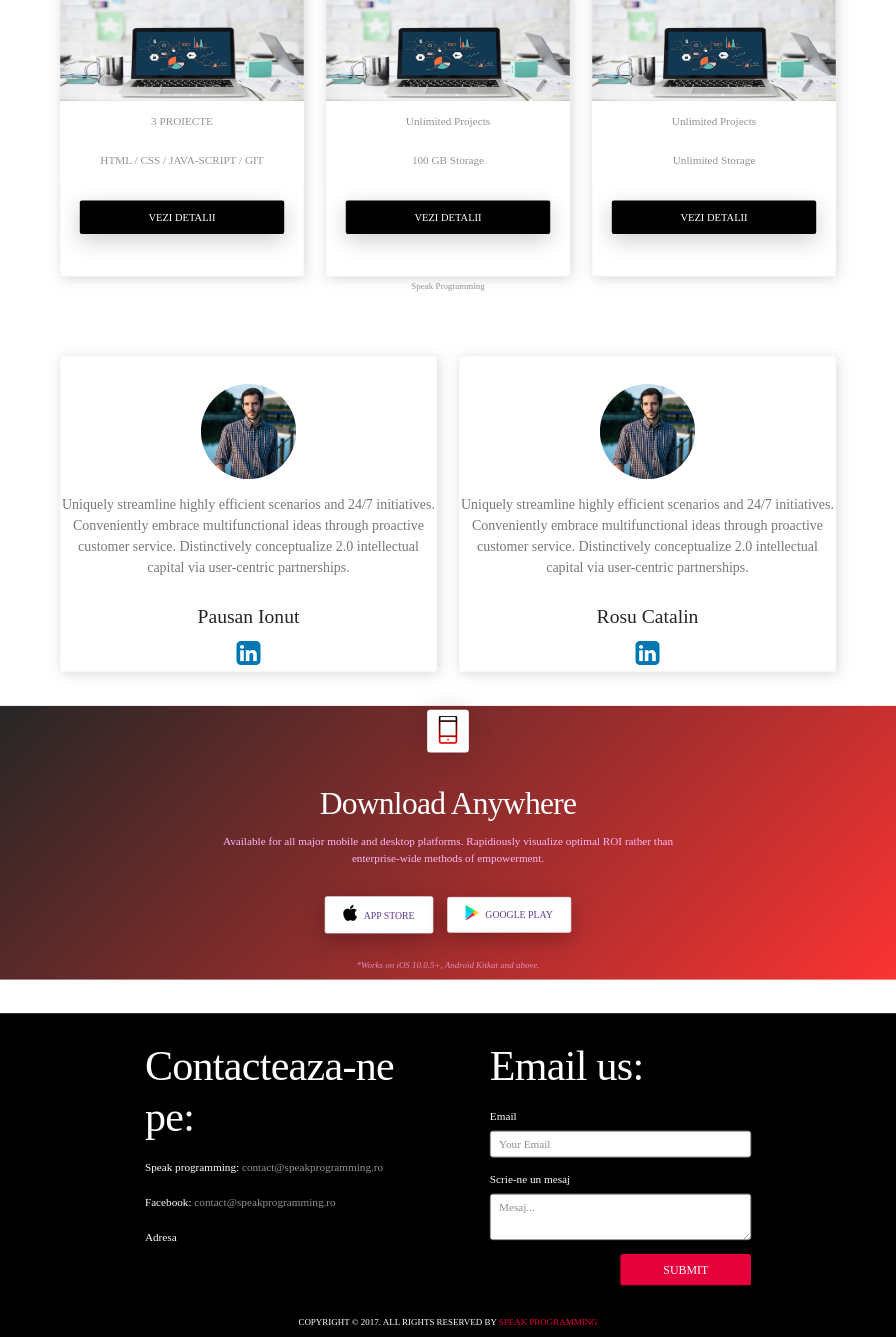
Repository: RosuCatalinDorin/ITSchool
Page: home-page/index.html
The author's editor kept a copy of each file at every save. The page is drawn from the files as they stood at one save, then again after a run of saves.
The browser window is 1280 px wide. The pictures show the part of the page from y = 959 to 2879 px (the page is 2869 px tall before and 2879 px after), at 70% of full size.
Some web libraries are served in a nearby version.

Above is the page before, as saved 2019-03-13 18:44:13.

### home-page/index.html
<!doctype html>
<html lang="en">


<head>
    <title>Speak Programming</title>
    <!-- Required meta tags -->
    <meta charset="utf-8">
    <meta name="viewport" content="width=device-width, initial-scale=1, shrink-to-fit=no">
    <meta name="description" content="Mobland - Mobile App Landing Page Template">
    <meta name="keywords" content="HTML5, bootstrap, mobile, app, landing, ios, android, responsive">
    <!-- Font -->

    <link rel="dns-prefetch" href="//fonts.googleapis.com">
     <!-- Bootstrap CSS -->
    <link rel="stylesheet" href="../css/bootstrap.min.css">
    <!-- Themify Icons -->
    <link rel="stylesheet" href="../css/themify-icons.css">
    <!-- Owl carousel -->
    <link rel="stylesheet" href="../css/owl.carousel.min.css">
    <link rel="stylesheet" href="../css/teamStyle.css">
    <link rel="stylesheet" href="../detaliiCurs/css/detalii-curs.css">
    <link rel="stylesheet" href="./home.css">



    <link rel="stylesheet" href="https://maxcdn.bootstrapcdn.com/font-awesome/4.5.0/css/font-awesome.min.css">

    <!-- Main css -->
    <link href="../css/style.css" rel="stylesheet">
    <link rel="shortcut icon" href="../images/partea_de_susLogo.png"/>
    <!-- jQuery and Bootstrap -->
    <script src="../js/jquery-3.2.1.min.js"></script>
    <script src="../js/bootstrap.bundle.min.js"></script>
    <!-- Plugins JS -->
    <script src="../js/owl.carousel.min.js"></script>
    <!-- Custom JS -->
    <script src="../js/script.js"></script>
    <script src="../js/fbLogin.js"></script>

</head>

<body data-spy="scroll" data-target="#navbar" data-offset="30">

    <!-- NAV BAR START-->
    <div class="nav-menu fixed-top">
        <div class="container">
            <div class="row">
                <div class="col-md-12">
                    <nav class="navbar navbar-dark navbar-expand-lg">
                        <a class="navbar-brand" href="index.html"><img src="../images/partea_de_susLogo.png" height="43" width="43" class="img-fluid" alt="logo"></a> <button class="navbar-toggler" type="button" data-toggle="collapse" data-target="#navbar" aria-controls="navbar" aria-expanded="false" aria-label="Toggle navigation"> <span class="navbar-toggler-icon"></span> </button>
                        <div class="collapse navbar-collapse" id="navbar">
                            <ul class="navbar-nav ml-auto">
                                <li class="nav-item"> <a class="nav-link active" href="#home">HOME <span class="sr-only">(current)</span></a> </li>
                                <li class="nav-item"> <a class="nav-link" href="#cursuri">CURSURI</a> </li>
                                <li class="nav-item"> <a class="nav-link" href="#aboutUS">DESPRE NOI</a> </li>
                                <li class="nav-item"> <a class="nav-link" href="#contact">CONTACT</a> </li>
                            </ul>
                        </div>
                    </nav>
                </div>
              </div>
         </div>
    </div>
<!-- NAV BAR END -->
    <!-- START HEADER -->
    <header  id="home">
        <div class="container mt-5">
            <h1 class="textClass"> Mesaj 1 (eu zic moto)</h1>
        </div>
        <div class="img-holder mt-3"><img src="../images/logo_partea_deJos.png" alt="phone" class="img-fluid">
            <p class="textClass">Mesaj 2 De ce am creat asta? O intrebare de genu</p>
        </div>
    </header>

    <!-- END HEADER -->

<!-- SECTIUNE CURSURI START -->
    <div class="section" id="cursuri">
        <div class="container">
            <div class="section-title">
                <small>Speak Programming</small>
                <h3>Cursuri</h3>
            </div>
            <div class="card-deck">
                <div class="card pricing">
                    <div class="card-head">
                        <small class="text-primary">FRONTEND INITIERE</small>
                        <span class="price">379 RON<sub>/4m</sub></span>
                    </div>
                    <div class="course-image-container">
                    </div>
                    <ul class="list-group list-group-flush">
                        <div class="list-group-item">3 PROIECTE</div>
                        <div class="list-group-item">HTML / CSS / JAVA-SCRIPT / GIT</div>
                    </ul>
                    <div class="card-body">
                        <a href="screens/curs.html" class="btn btn-primary btn-lg btn-block">Vezi detalii</a>
                    </div>
                </div>
                <div class="card pricing">
                    <div class="card-head">
                        <small class="text-primary">INCEPATORI</small>
                        <span class="price">1500 RON<sub>/4m</sub></span>
                    </div>
                    <div class="course-image-container">
                        </div>
                    <ul class="list-group list-group-flush">
                        <div class="list-group-item">Unlimited Projects</div>
                        <div class="list-group-item">100 GB Storage</div>
                    </ul>
                    <div class="card-body">
                        <a href="screens/curs.html" class="btn btn-primary btn-lg btn-block">Vezi detalii</a>
                    </div>
                </div>
                <div class="card pricing">
                    <div class="card-head">
                        <small class="text-primary">BACKEND INITIERE</small>
                        <span class="price">1500 RON<sub>/4m</sub></span>
                    </div>
                    <div class="course-image-container">
                        </div>
                    <ul class="list-group list-group-flush">
                        <div class="list-group-item">Unlimited Projects</div>
                        <div class="list-group-item">Unlimited Storage</div>
                    </ul>
                    <div class="card-body">
                        <a href="screens/curs.html" class="btn btn-primary btn-lg btn-block">Vezi detalii</a>
                    </div>
                </div>
            </div>
        </div>
    </div>
<!-- SECTIUNE CURSURI END -->


<!-- SECTIUNE TRAINER START-->

<div class="section">
        <div class="container">
                <div class="section-title">
                    <small>Speak Programming</small>
                    <h3>Cursuri</h3>
                </div>
                <div class="card-deck">
                    <div class="card pricing">
                        <div class="card-head">
                            <img src="../images/pozaIonutPausan.jpg" class="rounded-circle" alt="Cinque Terre" width="136" height="136">
                        </div>
                        <blockquote class="blockquote text-center">Uniquely streamline highly efficient scenarios and 24/7 initiatives. Conveniently embrace multifunctional ideas through proactive customer service. Distinctively conceptualize 2.0 intellectual capital via user-centric partnerships.</blockquote>
                        <ul class="list-group list-group-flush">
                            <h5 class="mt-4 mb-2 text-center">Pausan Ionut</h5>
                            <a target="_blank" href="https://www.linkedin.com/in/ionut-adrian-pausan-3a7300137/" class="btn"> <i class="fa fa-linkedin-square" style="font-size:40px; color:#0077B5"></i>  </a>
                        </ul>
                    </div>
                    <div class="card pricing">
                            <div class="card-head">
                                <img src="../images/pozaIonutPausan.jpg" class="rounded-circle" alt="Cinque Terre" width="136" height="136">
                            </div>
                            <blockquote class="blockquote text-center ">Uniquely streamline highly efficient scenarios and 24/7 initiatives. Conveniently embrace multifunctional ideas through proactive customer service. Distinctively conceptualize 2.0 intellectual capital via user-centric partnerships.</blockquote>
                            <ul class="list-group list-group-flush">
                                <h5 class="mt-4 mb-2 text-center">Rosu Catalin</h5>
                                <a target="_blank" href="https://www.linkedin.com/in/ro%C8%99u-c%C4%83t%C4%83lin-dorin-872322112/" class="btn"> <i class="fa fa-linkedin-square" style="font-size:40px; color:#0077B5"></i>  </a>
                            </ul>
                        </div>
                </div>
            </div>
</div>

<!-- SECTIUNE TRAINER END -->

    <div class="section bg-gradient" id ="aboutUS">
        <div class="container">
            <div class="call-to-action">

                <div class="box-icon"><span class="ti-mobile gradient-fill ti-3x"></span></div>
                <h2>Download Anywhere</h2>
                <p class="tagline">Available for all major mobile and desktop platforms. Rapidiously visualize optimal ROI rather than enterprise-wide methods of empowerment. </p>
                <div class="my-4">
                    <a href="#" class="btn btn-light"><img src="../images/appleicon.png" alt="icon"> App Store</a>
                    <a href="#" class="btn btn-light"><img src="../images/playicon.png" alt="icon"> Google play</a>
                </div>
                <p class="text-primary"><small><i>*Works on iOS 10.0.5+, Android Kitkat and above. </i></small></p>
            </div>
        </div>
    </div>


    <!-- START FOOTER -->
    <footer class="footer">
            <div class="footer-container">
                <div class="footer-row">
                    <div class="social-media">
                        <h1>Contacteaza-ne pe:</h1>
                        <p class="social-media-paragraph">Speak programming:
                            <span>contact@speakprogramming.ro</span>
                        </p>
                        <p class="social-media-paragraph">Facebook:
                            <span>contact@speakprogramming.ro</span>
                        </p>
                        <div class="social-media-icons">

                        </div>
                        <p>Adresa</p>
                    </div>

                    <div class="contact-form">
                        <h1>Email us:</h1>
                        <label for="email">Email</label>
                        <input type="text" name="email" value="" class="form-control input-lg input-space" placeholder="Your Email"/>

                        <label for="mesaj">Scrie-ne un mesaj</label>
                        <textarea type="text" name="mesaj" value="" class="input-space form-control input-lg" placeholder="Mesaj..."/></textarea>
                        <button class="btn submit-button-footer">Submit</button>
                    </div>
                </div>
                <p class="copyright-message text-center"><small>COPYRIGHT © 2017. ALL RIGHTS RESERVED BY <a href="">SPEAK PROGRAMMING</a></small></p>
            </div>
        </footer>
</body>

</html>

### css/teamStyle.css
.divNewTeam{
    border: 1px solid #f1eef1;
    width: 30%;
    border-radius: 3%;
}
.contentTem{
    display: flex;
}
@media only screen and (max-width: 600px){
    .contentTem{
        display: block;
        margin-top: 50px;
    }
}

### detaliiCurs/css/detalii-curs.css
/* Header start */
.header-detalii-curs {
    background-image: url("../../images/headerbk.jpg");
    background-repeat: no-repeat;
    background-size: cover;
    padding-bottom:25px;
    margin-top: 40px;
    height: 400px;
    display: flex;
    flex-direction: column;
    justify-content: center;
}

.detalii-curs-titlu{
    font-size: 45px;
    margin-bottom: 30px;
}

.detalii-curs-motto{
    font-size: 25px;
    margin-bottom: 30px;
}

.enroll-header-btn{
    font-size: 15px;
}
.enroll-header-btn a {
    color: #FFF;
}

.enroll-header-btn:hover {
    background: #e5003c;
    cursor: pointer;
    border: 1px solid transparent;
    font-size: 16px;
}

.container-detalii-curs {
    text-align: center;
}

.detalii-curs-button-container{
    margin-bottom: 30px;
}
/* Header ends */

/* Info curs container start */
.curs-container {
    width: 100%;
    background: #f9f9f9;
    padding-bottom:40px;
}
.info-curs-container {
    width: 70%;
    margin: auto;
}

.info-title{
    padding-top: 55px;
    padding-bottom: 50px;
    height: auto;
}

.detalii-curs-motto {
    color: black;
}

.info-title h2{
    text-align: center;
}

    /* DETALII CURS -START */
.info-curs-detalii{
    display: flex;
    justify-content: space-between;
    margin-bottom: 30px;
}

.informatii-curs-sumar{
    width: 25%;
    -webkit-box-shadow: 2px 3px 18px -2px rgba(186,186,186,0.68);
    -moz-box-shadow: 2px 3px 18px -2px rgba(186,186,186,0.68);
    box-shadow: 2px 3px 18px -2px rgba(186,186,186,0.68);
    border-radius: 3%;
    background: #fff;
    border: 1px solid #f1eef1;
}

.informatii-curs-sumar h3 {
    text-align: center;
    color: black;
    padding:20px 0;
}

.informatii-curs-row{
    /* font size-font-style */
    display: flex;
}

.row-first-elem{
    font-weight: bold;
    width: 30%;
    padding-left: 10%;
}

.row-second-elem {
    width:60%;
    text-align: start;
    padding-left: 20%;
  }

.trainer-linkedin{
    display: flex;
    justify-content: space-between;
}
/* DETALII CURS -END */

/* DESCRIERE CURS START */
.descriere-curs{
    width: 60%;
}

.descriere-curs h4{
    font-weight: bold;
}

.descriere-cui-se-adreseaza{
    padding-bottom: 20px;
}

.descriere-cui-se-adreseaza h4{
    color: black;
    padding-bottom: 10px;
}

/* DESCRIERE CURS ENDS */

/* Info curs container ends */


/* PROGRAMA CURS START */

.programa-curs{
    margin: auto;
    width: 70%;
    justify-content: space-between;
    padding-bottom: 50px;
}

.detalii-programa {
    width: 100%;
    display: flex;
    justify-content: space-between;
}

.programa-curs-row{
    width: 25%;
    color: black;
    -webkit-box-shadow: 2px 3px 18px -2px rgba(186,186,186,0.68);
    -moz-box-shadow: 2px 3px 18px -2px rgba(186,186,186,0.68);
    box-shadow: 2px 3px 18px -2px rgba(186,186,186,0.68);
    border-radius: 3%;
    border: 1px solid #f1eef1;
}

.programa-curs-header {
    padding-top: 20px;
    display: flex;
    color:black;
    width:80%;
    margin: auto;
    justify-content: center;
}

.programa-curs-header h4{
    padding: 20px 0;
    font-weight: bold;
    color: black;
}

.programa-curs-header i {
    padding:25px 0 0 15px;
}


.lista-programa-curs{
    width: 90%;
    margin: auto;
    padding-bottom: 10px;
}

.lista-programa-curs li {
    padding-top: 10px;
    padding-bottom: 10px;
}

.web-basics{
    display: flex;
}

.web-basics li {
    width: 50%;
}

.web-basics div{
    padding-top: 10px;
}


/* PROGRAMA CURS ENDS */

/* DESCRIERE TRAINER START */
.trainer-section{
    position: relative;
    background:black;
    width: 100%;
    border-bottom: 2px solid lightgray;
    padding-bottom: 70px;
}

.descriere-trainer {
    width:70%;
    margin: auto;
    color: white;
}

.descriere-trainer h2,h3,h4{
    color:white;
}

.info-title span{
    color: #e5003c
}

.trainer-row {
    margin-top: 40px;
    display: flex;
    justify-content: space-between;
}

.trainer-profile{
    width:30%;
}

.trainer-delimitator {
    height: 1px;
    width: 100%;
    background: #959094;
    position: absolute;
    top:57%;
    left: 0;
    z-index:33;
    margin:auto;
}

.trainer-description{
    width: 60%;
}

.trainer-description p{
    color: #959094
}

.trainer-image-container{
    width: 34%;
    margin: auto;
    margin-bottom: 20px;
}

.trainer-image {
    border-radius:50%;
    margin:auto;
    width: 136px;
    height: 136px;
}

.trainer-name{
    width:50%;
    margin: auto;
    margin-bottom: 20px;
}

.trainer-name h3{
    text-align: center;
}

.trainer-description h4,p{
    padding-bottom: 10px;
}

.trainer-short-description span{
    padding-right: 5%;
}

.marketing-section-part1{
    height: 50%;
}

.marketing-section-part1 h1{
    font-size: 50px;
    text-align: center;
    padding: 15% 0 20px 0;
}

.marketing-section-part1 h3{
    color: black;
    text-align: center;
    padding: 40px 0 20px 0;
}

.img-container{
    display: flex;
    justify-content: space-around;
    padding-top: 15%;
}

.marketing-image-container {
    width: 25%;
}

.marketing-image-container img {
    width: 90%;
    height: 90%;
}

/* DESCRIERE TRAINER ENDS */

/* INSCRIERE CURS START */

.inscriere-curs-section {
    padding-bottom: 50px;
}

.inscriere-curs-container{
    display: flex;
    width: 70%;
    margin: auto;
}

.inscriere-marketing-section{
    background-image: url("../../images/bau.jpg");
    background-size: cover;
    width:49%;
    background-color: lightgrey;
    height:auto;
    display: flex;
    flex-direction: column;
}

.inscriere-form-container{
    width:49%;
}

.formular-inscriere{
    width: 90%;
    margin:0 auto;
}

.input-space{
    margin-bottom: 20px;
}

.termeni-conditii{
    display: flex;
    margin-bottom: 20px;
}

.checkbox{
    width: 2%;
    margin-top: 5px;
    margin-right:10px;
}

form label{
    font-weight:bold;
}

.enroll-btn {
    background-color: black!important;
    font-size: 20px;
}

.enroll-btn:hover {
    cursor: pointer;
    background-color: #e5003c!important;
}
/* INSCRIERE CURS END */

/* FOOTER START */

.footer {
    padding-top: 40px;
    background-color: black;
}

.footer-container {
    width: 70%;
    margin: auto;
    color: white;
}

.footer-row {
    padding-bottom: 40px;
    display: flex;
    justify-content: space-between;
}

.social-media, .contact-form {
    width: 45%;
    padding: 0 15px;
}

.contact-form textarea{
    padding-bottom: 10px
}


.copyright-message {
    width: 100%;
    margin: auto;
}
.copyright-message a{
    color: #e5003c;
}

.social-media-paragraph{
    text-align: left;
    color: white;
}

.social-media-paragraph span{
    color: #959094;
}

.submit-button-footer {
    height: 45px;
    color: white;
    font-size: 17px!important;
    width: 50%;
    background-color: #e5003c!important;
    float: right;
    box-shadow: 0px 9px 32px 0px rgba(0, 0, 0, 0.2);
    text-transform: uppercase;
}

.submit-button-footer:hover {
    cursor: pointer;
    background-color: #be0b23e5!important;
    transition: all 0.3s ease;
}

.footer-links {
    margin: auto;
}

/* FOOTER END */

### home-page/home.css
.card{
    -webkit-box-shadow: 2px 3px 18px -2px rgba(186,186,186,0.68);
    -moz-box-shadow: 2px 3px 18px -2px rgba(186,186,186,0.68);
    box-shadow: 2px 3px 18px -2px rgba(186,186,186,0.68);
}

.course-image-container {
    width: 100%;
    height: 30%;
    content: url("../images/headerbk.jpg");
}

Loaded but not shown: css/bootstrap.min.css (library); css/themify-icons.css (common file); css/owl.carousel.min.css (library); js/jquery-3.2.1.min.js (library); js/bootstrap.bundle.min.js (library); js/owl.carousel.min.js (library); js/script.js (112 lines, source omitted); js/fbLogin.js (68 lines, source omitted); css/style.css (703 lines, source omitted)

After the next 2 saves:
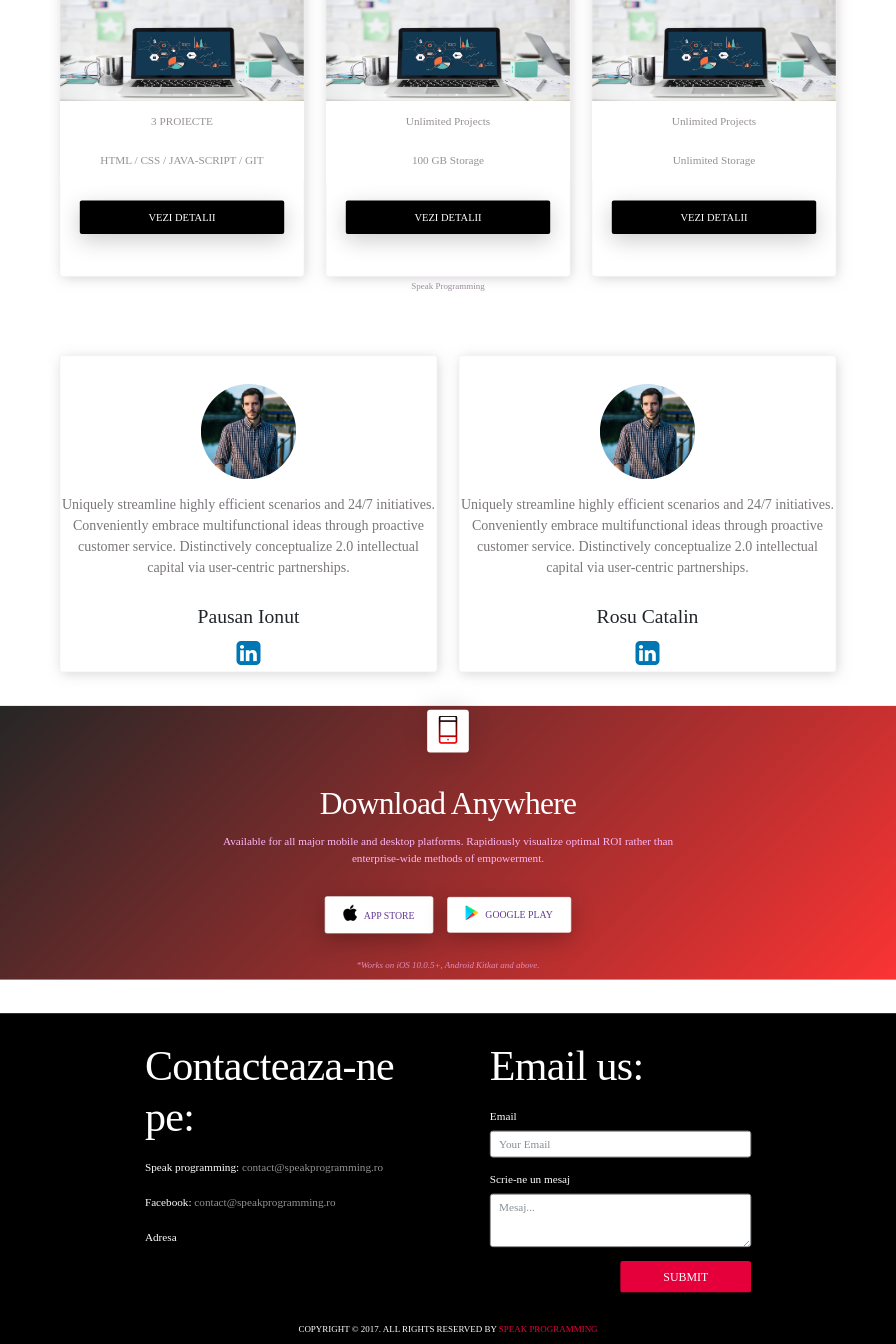
The 2 saves are shown as one change because they came seconds apart.
The last was saved 9 s later.
--- a/detaliiCurs/css/detalii-curs.css
+++ b/detaliiCurs/css/detalii-curs.css
@@ -411,7 +411,7 @@ form label{
 }
 
 .contact-form textarea{
-    padding-bottom: 10px
+    padding-bottom: 20px
 }
 
 
